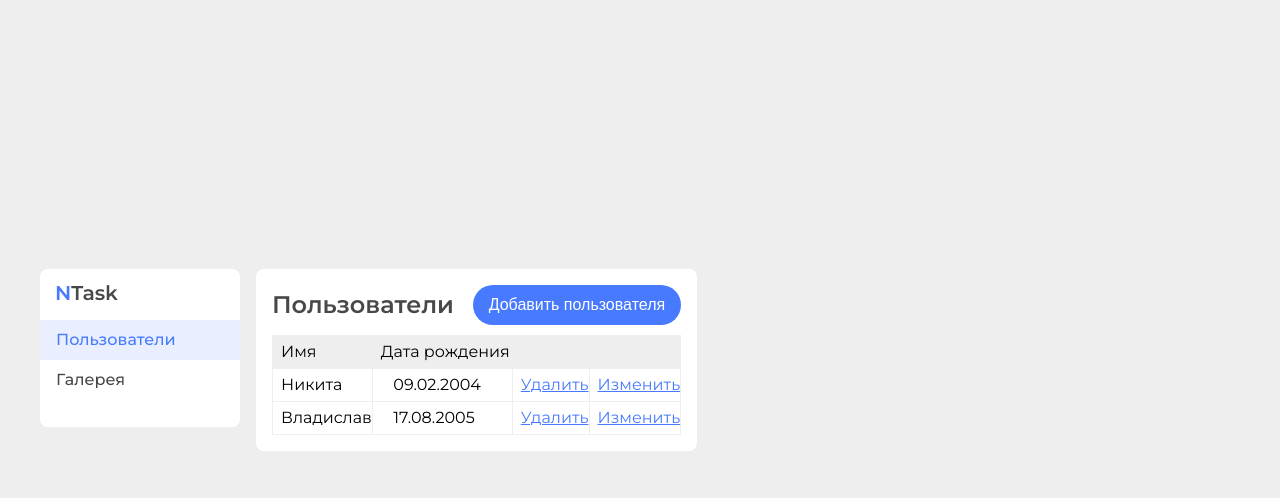
Repository: Grid-Master/NTask
Page: /gallery
The author's editor kept a copy of each file at every save. The page is drawn from the files as they stood at one save, then again after the next save.
The browser window is 1280 px wide. The pictures show the whole page.
The project was rebuilt for these pictures with package versions that can differ from the ones it lists, and the page was loaded fresh each time. Also part of the build but not shown: src/components/gallery/gallery.sass, src/components/gallery/Gallery.tsx, src/components/updateUser/updateUser.sass, src/components/updateUser/UpdateUser.tsx.

Above is the page before, as saved 2023-06-09 19:48:33.

### public/index.html
<!DOCTYPE html>
<html lang="en">
  <head>
    <meta charset="utf-8" />
    <link rel="icon" href="%PUBLIC_URL%/favicon.ico" />
    <meta name="viewport" content="width=device-width, initial-scale=1" />
    <meta name="theme-color" content="#000000" />
    <meta name="description" content="Web site created using create-react-app" />
    <link rel="apple-touch-icon" href="%PUBLIC_URL%/logo192.png" />
    <link rel="preconnect" href="https://fonts.googleapis.com" />
    <link rel="preconnect" href="https://fonts.gstatic.com" crossorigin />
    <link
      href="https://fonts.googleapis.com/css2?family=Montserrat:wght@300;400;500;600;700&display=swap"
      rel="stylesheet" />
    <link rel="manifest" href="%PUBLIC_URL%/manifest.json" />
    <title>React App</title>
  </head>
  <body>
    <noscript>You need to enable JavaScript to run this app.</noscript>
    <div id="root"></div>
  </body>
</html>

### src/index.tsx
import React from 'react';
import ReactDOM from 'react-dom/client';
import { Provider } from 'react-redux';
import './index.css';
import App from './App';
import { BrowserRouter } from 'react-router-dom';
import store from './store';

const root = ReactDOM.createRoot(document.getElementById('root') as HTMLElement);
root.render(
  <React.StrictMode>
    <BrowserRouter>
      <Provider store={store}>
        <App />
      </Provider>
    </BrowserRouter>
  </React.StrictMode>,
);

### src/index.css
html, body, div, span, applet, object, iframe,
h1, h2, h3, h4, h5, h6, p, blockquote, pre,
a, abbr, acronym, address, big, cite, code,
del, dfn, em, img, ins, kbd, q, s, samp,
small, strike, strong, sub, sup, tt, var,
b, u, i, center,
dl, dt, dd, ol, ul, li,
fieldset, form, label, legend,
table, caption, tbody, tfoot, thead, tr, th, td,
article, aside, canvas, details, embed,
figure, figcaption, footer, header, hgroup,
menu, nav, output, ruby, section, summary,
time, mark, audio, video {
	margin: 0;
	padding: 0;
	border: 0;
	font-size: 100%;
	font: inherit;
	vertical-align: baseline;
}
/* HTML5 display-role reset for older browsers */
article, aside, details, figcaption, figure,
footer, header, hgroup, menu, nav, section {
	display: block;
}
body {
	line-height: 1;
}
ol, ul {
	list-style: none;
}
blockquote, q {
	quotes: none;
}
blockquote:before, blockquote:after,
q:before, q:after {
	content: '';
	content: none;
}
table {
	border-collapse: collapse;
}
body {
  margin: 0;
  font-family: Montserrat;
  background: #EEEEEE;
;
}
input {
	font-family: Montserrat;
}

#root {
	display: flex;
	align-items: center;
	justify-content: center;
	height: 100vh;
}

code {
  font-family: source-code-pro, Menlo, Monaco, Consolas, 'Courier New',
    monospace;
}

### src/App.tsx
import './App.css';
import { FC, useEffect } from 'react';
import Navbar from './components/navabar/Navbar';
import UserList from './components/userList/UserList';
import { Routes, Route, useNavigate } from 'react-router-dom';
import Gallery from './components/gallery/Gallery';
import UpdateUser from './components/updateUser/UpdateUser';

const App: FC = () => {
  const navigate = useNavigate();
  useEffect(() => {
    navigate('/NTask/users');
  }, []);

  return (
    <div className="App">
      <Navbar />
      <Routes>
        <Route path="/NTask/users" element={<UserList />} />
        <Route path="/NTask/users/:id" element={<UpdateUser />} />
        <Route path="/NTask/gallery" element={<Gallery />} />
        <Route path="*" element={<h1>Error</h1>} />
      </Routes>
    </div>
  );
};

export default App;

### src/store/index.ts
import { configureStore } from '@reduxjs/toolkit';
import usersReducer from './usersSlice';
import galleryReducer from './gallerySlice';

const store = configureStore({
  reducer: { usersReducer, galleryReducer },
});

export default store;

export type RootState = ReturnType<typeof store.getState>;
export type AppDispatch = typeof store.dispatch;

### src/App.css
.App {

  width: 100%;
  display: flex;
  align-items:start;
  gap: 16px;
  max-width: 1200px;
  margin: 0 auto;
}

@media screen and (max-width: 1200px) {
  .App {
    flex-direction: column;
    max-width: 1000px;
  }
}
@media screen and (max-width: 1000px) {
  .App {
    max-width: 600px;
    padding: 16px;
  }
}
@media screen and (max-width: 600px) {
  .App {
    max-width: calc(320px - 32px);
  }
}

### src/components/navabar/Navbar.tsx
import { FC } from 'react';
import './navbar.sass';
import { useNavigate, useLocation } from 'react-router-dom';
const logo = require('../../images/logo.png');

const Navbar: FC = () => {
  const navigate = useNavigate();
  const { pathname } = useLocation();

  return (
    <div className="navbar">
      <div className="navbar__imagecontainer">
        <img src={logo} alt="logo" />
      </div>
      <div
        className={pathname.includes('/users') ? 'navbar__item navbar__active' : 'navbar__item'}
        onClick={() => navigate('/NTask/users')}>
        Пользователи
      </div>
      <div
        className={pathname.includes('/gallery') ? 'navbar__item navbar__active' : 'navbar__item'}
        onClick={() => navigate('/NTask/gallery')}>
        Галерея
      </div>
    </div>
  );
};

export default Navbar;

### src/components/userList/UserList.tsx
import React, { FC } from 'react';
import { useNavigate } from 'react-router-dom';
import './userList.sass';
import { useAppDispatch, useAppSelector } from '../../store/hooks';
import { removeUser } from '../../store/usersSlice';

const UserList: FC = () => {
  const navigate = useNavigate();
  const users = useAppSelector((state) => state.usersReducer.users);
  const dispatch = useAppDispatch();

  const updateHandler = (router: string) => {
    navigate(router);
    window.scrollTo(0, 0);
  };

  const deleteHandler = (id: number) => {
    dispatch(removeUser(id));
  };

  return (
    <div className="userList">
      <div>
        <h1 className="userList__title">Пользователи</h1>
        <button className="userList__addUserBtn" onClick={() => updateHandler('createuser')}>
          Добавить пользователя
        </button>
      </div>
      <table className="userList__table">
        <tr className="userList__table-info">
          <td>Имя</td>
          <td>Дата рождения</td>
          <td></td>
          <td></td>
        </tr>
        {users.map((user) => (
          <tr key={user.id}>
            <td>{user.name}</td>
            <td>&nbsp; &nbsp;{user.date} &nbsp; &nbsp;</td>
            <td className="userList__table-btn" onClick={() => deleteHandler(user.id)}>
              Удалить
            </td>
            <td className="userList__table-btn" onClick={() => updateHandler(`${user.id}`)}>
              Изменить
            </td>
          </tr>
        ))}
      </table>
    </div>
  );
};

export default UserList;

### src/store/usersSlice.ts
import { createSlice, PayloadAction } from '@reduxjs/toolkit';
import { users } from '../data/users';

export interface IUser {
  id: number;
  name: string;
  date: string;
}

const usersSlice = createSlice({
  name: 'users',
  initialState: {
    users: [...users] as IUser[],
  },
  reducers: {
    addUser(state, action: PayloadAction<IUser>) {
      state.users.push(action.payload);
    },
    updateUser(state, action: PayloadAction<IUser>) {
      let updateUser = state.users.find((user) => user.id === action.payload.id);
      if (updateUser) {
        updateUser.name = action.payload.name;
        updateUser.date = action.payload.date;
      }
      state.users = state.users.map((user) => (user.id === updateUser?.id ? updateUser : user));
    },
    removeUser(state, action: PayloadAction<number>) {
      state.users = state.users.filter((user) => user.id !== action.payload);
    },
  },
});

export const { removeUser, updateUser, addUser } = usersSlice.actions;

export default usersSlice.reducer;

### src/store/gallerySlice.ts
import { createSlice, PayloadAction } from '@reduxjs/toolkit';

export interface IPhoto {
  id: number;
  isSelected: boolean;
  file: any;
}

const gallerySlice = createSlice({
  name: 'users',
  initialState: {
    photos: [] as IPhoto[],
  },
  reducers: {
    addPhoto(state, action: PayloadAction<IPhoto>) {
      state.photos.unshift(action.payload);
    },
    pickPhoto(state, action: PayloadAction<number>) {
      const pickedPhoto = state.photos.findIndex((photo) => photo.id === action.payload);
      console.log(pickedPhoto, 'picked');
      if (pickedPhoto !== -1) {
        state.photos[pickedPhoto] = {
          ...state.photos[pickedPhoto],
          isSelected: !state.photos[pickedPhoto].isSelected,
        };
      }
    },
    removePhotos(state) {
      state.photos = state.photos.filter((photo) => !photo.isSelected);
    },
  },
});

export const { addPhoto, pickPhoto, removePhotos } = gallerySlice.actions;

export default gallerySlice.reducer;

### src/components/navabar/navbar.sass
.navbar
    width: 200px
    height: 158px
    background: #FFFFFF
    border-radius: 8px
    &__imagecontainer
        padding: 16px 0
        margin-left: 16px
    &__item
        padding: 8px 16px
        cursor: pointer
        font-weight: 500
        font-size: 16px
        line-height: 150%
        color: #484848
        transition: .3s
        &:hover
            color: #477AFF

    &__active
        background: #E9EFFF
        color: #477AFF

@media screen and (max-width: 600px)
    .navbar
        width: 288px
        height: 158px

### src/components/userList/userList.sass
.userList
    // width: 100%
    background: #FFFFFF
    border-radius: 8px
    padding: 16px
    >div
        display: flex
        align-items: center
        justify-content: space-between
    &__title
        font-weight: 600
        font-size: 24px
        line-height: 150%
        color: #484848
    &__addUserBtn
        font-weight: 500
        font-size: 16px
        line-height: 100%
        color: #FFFFFF
        background: #477AFF
        border-radius: 20px
        padding: 12px 16px
        border: none
        outline: none
        cursor: pointer
        transition: .3s
        &:hover
            opacity: .8
    &__table
        margin-top: 10px
        // width: 952px
        td
            border: 1px solid #EEEEEE
            // width: 238px
            text-align: start
            padding: 8px 0
            padding-left: 8px
        &-btn
            cursor: pointer
            text-decoration-line: underline
            color: #477AFF
            transition: .2s
            text-align: center !important
            &:hover
                opacity: .8
        tr td:nth-child(2)
            width: 131px !important
        // tr:first-child td:first-child
        //     border-radius: 8px 0 0 0
        // tr:first-child td:last-child
        //     border-radius: 0 8px 0 0
        // tr:last-child td:first-child
        //     border-radius: 0 0 8px 0
        // tr:last-child td:last-child
        //     border-radius: 0 0 0 8px //??
        &-info
            background-color: #EEEEEE
            border-radius: 8px !important

@media screen and (max-width: 1200px)
    .userList
        width: calc( 100% - 32px )
@media screen and (max-width: 600px)
    .userList
        &__table
            display: block
            overflow-x: scroll
            &::-webkit-scrollbar
                // width: 4px
                scroll-margin-top: 5px
                height: 4px
                border: 1px solid #d5d5d5
            &::-webkit-scrollbar-track
                border-radius: 0
                background: #eeeeee
            &::-webkit-scrollbar-thumb
                border-radius: 0
                background: #b0b0b0
                cursor: pointer
        >div
            flex-direction: column
            align-items: start
        &__title
            margin-bottom: 10px

### src/store/hooks.ts
import { useDispatch, useSelector, TypedUseSelectorHook } from 'react-redux';
import type { RootState, AppDispatch } from '../store';

export const useAppDispatch = () => useDispatch<AppDispatch>();
export const useAppSelector: TypedUseSelectorHook<RootState> = useSelector;

### src/data/users.ts
import { IUser } from '../store/usersSlice';

export const users: IUser[] = [
  {
    id: 1,
    name: 'Никита',
    date: '09.02.2004',
  },
  {
    id: 2,
    name: 'Владислав',
    date: '17.08.2005',
  },
];

After the next save:
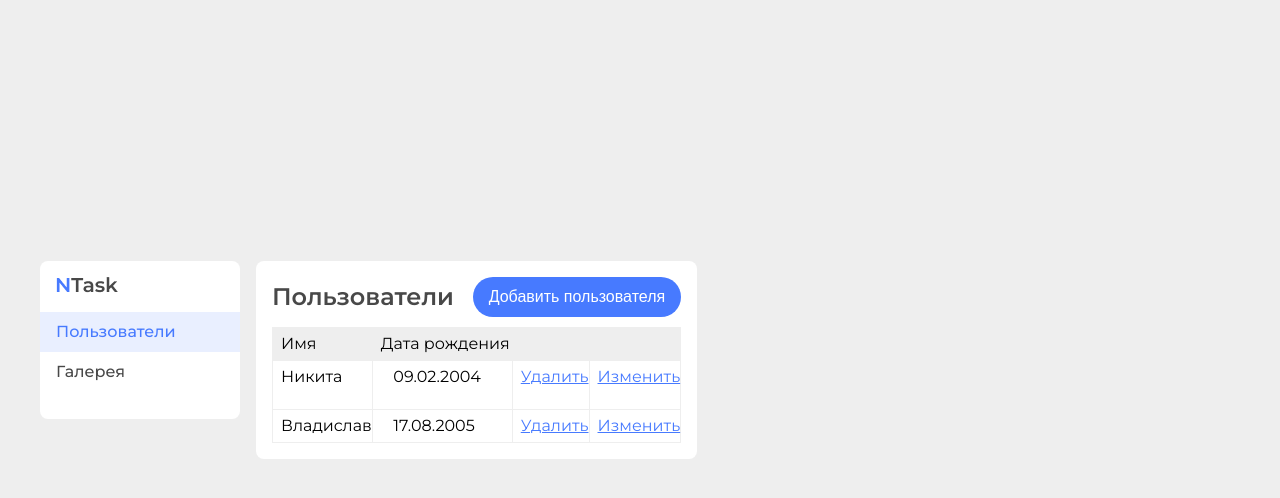
Saved 13 s later.
--- a/src/components/userList/UserList.tsx
+++ b/src/components/userList/UserList.tsx
@@ -36,7 +36,7 @@ const UserList: FC = () => {
         {users.map((user) => (
           <tr key={user.id}>
             <td>{user.name}</td>
-            <td>&nbsp; &nbsp;{user.date} &nbsp; &nbsp;</td>
+            <td>&nbsp; &nbsp;{user.date} &nbsp; &nbsp; &nbsp; &nbsp;</td>
             <td className="userList__table-btn" onClick={() => deleteHandler(user.id)}>
               Удалить
             </td>
